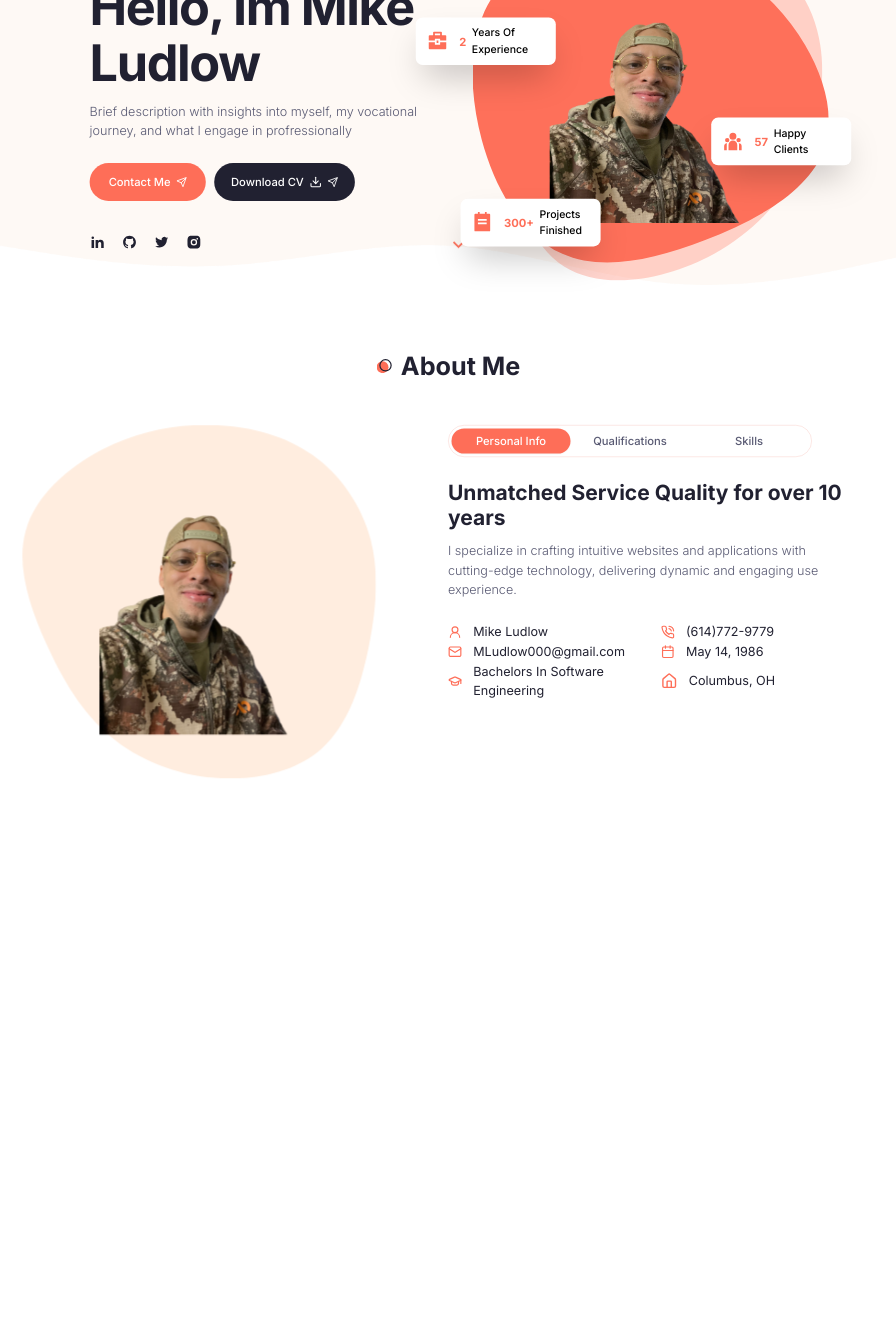
Repository: MikeeBuilds/mike-port
Page: /
The author's editor kept a copy of each file at every save. The page is drawn from the files as they stood at one save, then again after a run of saves.
The browser window is 1280 px wide. The pictures show the part of the page from y = 300 to 2220 px (the page is 5591 px tall), at 70% of full size.
The project was rebuilt for these pictures with package versions that can differ from the ones it lists, and the page was loaded fresh each time. The framework's server and built-in components were replaced by stand-ins that run in the browser. Also part of the build but not shown: next.config.js.

Above is the page before, as saved 2023-11-30 14:21:37.

### app/layout.jsx
import { Inter } from 'next/font/google'
import './globals.css'
import Header from '@/components/Header'
import Footer from '@/components/Footer'
import { ThemeProvider } from '@/components/ThemeProvider'

const inter = Inter({ subsets: ['latin'] })

export const metadata = {
  title: 'Mike Ludlow | Dev',
  description: 'Generated by create next app',
}

export default function RootLayout({ children }) {
  return (
    <html lang="en" suppressHydrationWarning>
      <body className={inter.className}
      >
        <ThemeProvider attribute="class" defaultTheme="light">
          <Header />
            {children}
          <Footer />
        </ThemeProvider>
      </body>
    </html>
  )
}

### app/page.jsx
import About from '@/components/About'
import Hero from '@/components/Hero'
import { main } from 'json'
import Image from 'next/image'

export default function Home() {
  return (
    <main>
      <Hero/>
      <About/>
    </main>
  )
}

### app/globals.css
@tailwind base;
@tailwind components;
@tailwind utilities;

@layer base {
  @layer base {
    :root {
      --background: 0 0% 100%;
      --foreground: 240 19% 16%;
      --card: 0 0% 100%;
      --card-foreground: 240 19% 16%;
      --popover: 0 0% 100%;
      --popover-foreground: 20 14.3% 4.1%;
      --primary: 8 99% 67%;
      --primary-foreground: 300 0% 100%;
      --secondary: 240 19% 16%;
      --secondary-foreground: 300 0% 100%;
      --tertiary: 27 82% 98%;
      --muted: 60 4.8% 95.9%;
      --muted-foreground: 237 13% 40%;
      --accent: 237 9% 96%;
      --accent-foreground: 24 9.8% 10%;
      --destructive: 0 84.2% 60.2%;
      --destructive-foreground: 60 9.1% 97.8%;
      --border: 8 82% 92%;
      --input: 8 82% 92%;
      --ring: 9 99% 67%;
      --radius: 1rem;
    }

    .dark {
      --background: 237 22% 20%;
      --foreground: 60 9.1% 97.8%;
      --card: 240 19% 16%;
      --card-foreground: 300 0% 100%;
      --popover: 20 14.3% 4.1%;
      --popover-foreground: 60 9.1% 97.8%;
      --primary: 8 99% 67%;
      --primary-foreground: 300 0% 100%;
      --secondary: 240 19% 16%;
      --secondary-foreground: 300 0% 100%;
      --tertiary: 237 22% 20%;
      --muted: 12 6.5% 15.1%;
      --muted-foreground: 237 13% 63%;
      --accent: 240 19% 16%;
      --accent-foreground: 300 0% 100%;
      --destructive: 0 72.2% 50.6%;
      --destructive-foreground: 60 9.1% 97.8%;
      --border: 237 22% 23%;
      --input: 237 22% 23%;
      --ring: 8 99% 67%;
    }
  }
}

@layer base {
  * {
    @apply border-border;
  }
  body {
    @apply bg-background text-foreground;
  }
}

.h1 {
  @apply text-6xl xl:text-[72px] xl:leading-[80px] tracking-[-2px] font-bold;
}

.h2 {
  @apply text-4xl font-bold;
}

.h3 {
  @apply text-3xl font-bold;
}

.h4 {
  @apply text-[22px] font-semibold;
}

.subtitle {
  @apply text-muted-foreground text-lg mb-8 font-light;

}
.section-title {
  @apply text-4xl font-bold relative w-max flex items-center justify-between gap-x-3
  before:bg-dots_light before:dark:bg-dots_dark before:bg-no-repeat before:bg-center
  before:w-[24px] before:h-[24px];
}

.badge {
  @apply z-10 w-[200px] h-[68px] bg-white dark:backdrop-blur-[44px] shadow-2xl p-4 rounded-[10px] flex items-center gap-x-4;
}

### components/Header.jsx
"use client";
import React, { useState, useEffect } from "react";

// components
import Logo from "./Logo";
import ThemeToggler from "./ThemeToggler";
import Nav from "./Nav";
import MobileNav from "./MobileNav";
import { usePathname } from "next/navigation";

const Header = () => {
  const [header, setHeader] = useState(false);
  const pathname = usePathname();

  useEffect(() => {
    const scrollYpos = window.addEventListener("scroll", () => {
      window.scrollY > 50 ? setHeader(true) : setHeader(false);
    });

    // remove event
    return () => window.removeEventListener("scroll", scrollYpos);
  });

  return (
    <header
      className={`${
        header
          ? "py-4 bg-white shadow-lg dark:bg-accent"
          : "py-6 dark:bg-transparent"
      } sticky top-0 z-30 transition-all ${pathname === '/' && 'bg-white'}`}
    >
      <div className="container mx-auto">
        <div className="flex justify-between items-center">
          <Logo />
          <div className="flex items-center gap-x-6">
            {/* nav */}
            <Nav
              containerStyles="hidden xl:flex gap-x-8 items-center"
              linkStyles="relative hover:text-primary transition-all"
              underlineStyles="absolute left-0 top-full h-[2px] bg-primary w-full"
            />
            <ThemeToggler />
            {/* mobile nav */}
            <div className="lg:hidden">
              <MobileNav />
            </div>
          </div>
        </div>
      </div>
    </header>
  );
};

export default Header;

### components/Footer.jsx

const Footer = () => {
  return (
    <footer>Footer</footer>
  )
}

export default Footer

### components/ThemeProvider.jsx
"use client"


import {
    ThemeProvider as NextThemesProvider
} from "next-themes";



export function ThemeProvider({ children, ...props}) {
    return <NextThemesProvider {...props}>{children}</NextThemesProvider>
}

### components/About.jsx
import DevImg from "./DevImg";
import image from "next/image";
import { Tabs, TabsContent, TabsList, TabsTrigger } from "@/components/ui/tabs";

import {
  User2,
  MailIcon,
  HomeIcon,
  PhoneCall,
  GraduationCap,
  Calendar,
  Briefcase,
} from "lucide-react";

const infoData = [
  {
    icon: <User2 size={20} />,
    text: "Mike Ludlow",
  },
  {
    icon: <PhoneCall size={20} />,
    text: "(614)772-9779",
  },
  {
    icon: <MailIcon size={20} />,
    text: "MLudlow000@gmail.com",
  },
  {
    icon: <Calendar size={20} />,
    text: "May 14, 1986",
  },
  {
    icon: <GraduationCap size={20} />,
    text: "Bachelors In Software Engineering",
  },
  {
    icon: <HomeIcon sizes={20} />,
    text: "Columbus, OH",
  },
];

const qualificationData = [
  {
    title: "education",
    data: [
      {
        university: "Columbus State Community College",
        qualification: "Bachelor Of Science",
        years: "2019-2024",
      },
      {
        university: "Learn Web3",
        qualification: "Ethereum Developer Degree",
        years: "2022-2023",
      },
      {
        university: "Alchemy University",
        qualification: "Learn Javascript",
        years: "2023",
      },
    ],
  },
  {
    title: "experience",
    data: [
      {
        company: "Takify AI Startup",
        qualification: "Software Developer",
        years: "2022-present",
      },
      // {
      //   company: 'Takify AI Startup',
      //   qualification: 'Software Developer',
      //   years: '2022-present'
      // },
      // {
      //   company: 'Takify AI Startup',
      //   qualification: 'Software Developer',
      //   years: '2022-present'
      // },
    ],
  },
];

const skillData = [
  {
    title: "skills",
    data: [
      {
        name: "HTML, CSS",
      },
      {
        name: "Front-end Development",
      },
      {
        name: "Javascript, PHP",
      },
      {
        name: "Back-end Development",
      },
    ],
  },
  {
    title: "tools",
    data: [
      {
        imgPath: "/about/vscode.svg",
      },
      {
        imgPath: "/about/figma.svg",
      },
      {
        imgPath: "/about/notion.svg",
      },
      {
        imgPath: "/about/wordpress.svg",
      },
    ],
  },
];

const About = () => {
  const getData = (arr, title) => {
    return arr.find((item) => item.title === title);
  };

  return (
    <section className="xl:h-[860px] pb-12 xl:py-24">
      <div className="container mx-auto">
        <h2 className="section-title mb-8 xl:mb-16 text-center mx-auto">
          About Me
        </h2>
        <div className="flex flex-col xl:flex-row">
          {/* iamge */}
          <div className="hidden xl:flex flex-1 relative">
            <DevImg
              containerStyles="bg-about_shape_light dark:bg-about_shape_dark w-[505px] h-[505px] bg-no-repeat relative"
              imgSrc="/about/developer.png"
            />
          </div>
          {/* tabs */}
          <div className="flex-1">
            <Tabs defaultValue="personal">
              <TabsList className="w-full grid xl:grid-cols-3 xl:max-w-[520px] xl:border dark:border-none">
                <TabsTrigger className="w-[162px] xl:w-auto" value="personal">
                  Personal Info
                </TabsTrigger>
                <TabsTrigger
                  className="w-[162px] xl:w-auto"
                  value="qualifications"
                >
                  Qualifications
                </TabsTrigger>
                <TabsTrigger className="w-[162px] xl:w-auto" value="skills">
                  Skills
                </TabsTrigger>
              </TabsList>
              {/* tabs content */}
              <div className="text-lg mt:12 xl:mt-8">
                {/* personal */}
                <TabsContent value="personal">
                  <div className="text-center xl:text-left">
                    <h3 className="h3 mb-4">
                      Unmatched Service Quality for over 10 years
                    </h3>
                    <p className="subtitle max-w-xl mx-auto xl:mx-0">
                      I specialize in crafting intuitive websites and
                      applications with cutting-edge technology, delivering
                      dynamic and engaging use experience.
                    </p>
                    {/* icons */}
                    <div className="grid xl:grid-cols-2">
                      {infoData.map((item, index) => {
                        return (
                          <div
                            className="flex items-center gap-x-4 mx-auto xl:mx-0"
                            key={index}
                          >
                            <div className="text-primary">{item.icon}</div>
                            <div>{item.text}</div>
                          </div>
                        );
                      })}
                    </div>
                  </div>
                </TabsContent>
                <TabsContent value="qualifications">
                  qualifications info
                </TabsContent>
                <TabsContent value="skills">skills info</TabsContent>
              </div>
            </Tabs>
          </div>
        </div>
      </div>
    </section>
  );
};

export default About;

### components/Hero.jsx
import Link from "next/link";
import { Download, Send } from "lucide-react";
import { Button } from "./ui/button";

import {
  RiBriefcase4Fill,
  RiTeamFill,
  RiTodoFill,
  RiArrowDownSLine,
} from "react-icons/ri";

//components
import DevImg from "./DevImg";
import Badge from "./Badge";
import Socials from "./Socials";

const Hero = () => {
  return (
    <section className="py-12 xl:py-24 h-[84vh] xl:pt-28 bg-hero bg-no-repeat bg-bottom bg-cover dark:bg-none">
      <div className="flex justify-between gap-x-8">
        {/* text */}
        <div className="flex max-w-[600px] flex-col justify-center mx-auto xl:mx-32 text-center xl:text-left">
          <div className="text-sm uppercase font-semibold mb-4 text-primary tracking-[4px]">
            Software Developer
          </div>
          <h1 className="h1 mb-4">Hello, Im Mike Ludlow</h1>
          <p className="subtitle max-w-[490px] mx-auto xl:mx-0">
            Brief description with insights into myself, my vocational journey,
            and what I engage in profressionally
          </p>
          {/* buttons */}
          <div
            className="flex flex-col gap-y-3 md:flex-row gap-x-3 mx-auto
          xl:mx-0 mb-12"
          >
            <Link href="/contact">
              <Button className="gap-x-2">
                Contact Me <Send size={15} />
              </Button>
            </Link>
            <Button variant="secondary" className="gap-x-2">
              Download CV <Download size={18} /> <Send size={15} />
            </Button>
          </div>
          {/* socials */}
          <Socials
            containerStyles="flex gap-x-6 mx-auto xl:mx-0"
            iconStyles="text-foreground text-[22px] hover:text-primary transition-all"
          />
        </div>
        {/* image */}
        <div className="hidden xl:flex relative right-24">
          <Badge
            icon={<RiBriefcase4Fill />}
            endCountNum={2}
            badgeText="Years Of Experience"
            containerstyles="absolute top-[24%] -left-[5rem]"
          />
          {/* badge 2 */}
          <Badge
            icon={<RiTodoFill />}
            endCountNum={30}
            endCountText='0+'
            badgeText="Projects Finished"
            containerstyles="absolute top-[80%] -left-[1rem]"
          />
          {/* badge 3 */}
          <Badge
            icon={<RiTeamFill />}
            endCountNum={5}
            endCountText='7'
            badgeText="Happy Clients"
            containerstyles="absolute top-[55%] -right-8"
          />
          <div className="bg-hero_shape2_light dark:bg-hero_shape2_dark w-[500px] h-[500px] bg-no-repeat absolute -top-1 -right-8"></div>
          <DevImg
            containerStyles="bg-hero_shape w-[510px] h-[462px] bg-no-repeat relative bg-bottom"
            imgSrc="/hero/developer.png"
          />
        </div>
        {/* icon */}
        <div className="hidden md:flex absolute left-2/4 bottom-44 xl:bottom-12 animate-bounce">
          <RiArrowDownSLine className="text-3xl text-primary" />
        </div>
      </div>
    </section>
  );
};

export default Hero;

### components/Logo.jsx
import Link from "next/link";
import Image from "next/image";


const Logo = () => {
  return (
    <Link href="/">
        <Image src='/logo.svg' width={54} height={54} priority alt="logo"/>
    </Link>
  )
}

export default Logo

### components/ThemeToggler.jsx
"use client";

import { Button } from "./ui/button";
import { MoonIcon, SunIcon } from "@radix-ui/react-icons";
import { useTheme } from "next-themes";

const ThemeToggler = () => {
  const { theme, setTheme } = useTheme();
  return (
    <Button variant='outline' size="outline" onClick={() => setTheme(theme === 'dark' ? 'light' : 'dark')}>
      <SunIcon
        className="h-[1.2rem] w-[1.2rem] rotate-0 scale-100 transition-all
      dark:rotate-90 dark:scale-0"
      />
      <MoonIcon
        className="absolute h-[1.2rem] w-[1.2rem] rotate-90 scale-0 transition-all
       dark:rotate-0 dark:scale-100"
      />
    </Button>
  );
};

export default ThemeToggler;

### components/Nav.jsx
import Link from "next/link";

//next hooks
import { usePathname } from "next/navigation";

//framer motion
import { motion } from "framer-motion";

const links = [
  { path: "/", name: "home" },
  { path: "/projects", name: "my projects" },
  { path: "/contact", name: "contact" },
];

const Nav = ({ containerStyles, linkStyles, underlineStyles }) => {
  const path = usePathname();
  return (
    <nav className={`${containerStyles}`}>
      {links.map((link, index) => {
        return (
          <Link
            href={link.path}
            key={index}
            className={`capitalize ${linkStyles}`}
          >
            {link.path === path && (
              <motion.span
                initial={{ y: "-100%" }}
                animate={{ y: 0 }}
                transition={{ type: "tween" }}
                layoutId="underline"
                className={`${underlineStyles}`}
              />
            )}
            {link.name}
          </Link>
        );
      })}
    </nav>
  );
};

export default Nav;

### components/MobileNav.jsx
import { Sheet, SheetContent, SheetTrigger } from "@/components/ui/sheet";
import { AlignJustify } from "lucide-react";

import Nav from "./Nav";
import Logo from "./Logo";
import Socials from "./Socials";

const MobileNav = () => {
  return (
    <Sheet>
      <SheetTrigger asChild>
        <AlignJustify className="cursor-pointer" />
      </SheetTrigger>
      <SheetContent>
        <div className="flex flex-col items-center justify-between h-full py-8">
          <div className="flex flex-col items-center gap-y-32">
            <Logo />
            <Nav
              containerStyles="flex flex-col items-center gap-y-6"
              linkStyles="text-2xl"
            />
          </div>
            <Socials containerStyles='flex gap-x-4' iconStyles='text-2xl'/>
        </div>
      </SheetContent>
    </Sheet>
  );
};

export default MobileNav;

### components/DevImg.jsx
import Image from "next/image";

const DevImg = ({ containerStyles, imgSrc }) => {
  return <div className={`${containerStyles}`}>
    <Image src={imgSrc} fill priority alt="" />
  </div>;
};

export default DevImg;

### components/ui/tabs.jsx
"use client";

import * as React from "react";
import * as TabsPrimitive from "@radix-ui/react-tabs";

import { cn } from "@/lib/utils";

const Tabs = TabsPrimitive.Root;

const TabsList = React.forwardRef(({ className, ...props }, ref) => (
  <TabsPrimitive.List
    ref={ref}
    className={cn(
      "inline-flex items-center justify-center xl:bg-white p-1 text-muted-foreground rounded-[30px] dark:md:bg-secondary",
      className
    )}
    {...props}
  />
));
TabsList.displayName = TabsPrimitive.List.displayName;

const TabsTrigger = React.forwardRef(({ className, ...props }, ref) => (
  <TabsPrimitive.Trigger
    ref={ref}
    className={cn(
      "inline-flex items-center justify-center whitespace-nowrap rounded-full px-3 py-1.5 text-base font-medium ring-offset-background transition-all focus-visible:outline-none focus-visible:ring-2 focus-visible:ring-ring focus-visible:ring-offset-2 disabled:pointer-events-none disabled:opacity-50 data-[state=active]:bg-primary data-[state=active]:text-white data-[state=active]:shadow-sm ",
      className
    )}
    {...props}
  />
));
TabsTrigger.displayName = TabsPrimitive.Trigger.displayName;

const TabsContent = React.forwardRef(({ className, ...props }, ref) => (
  <TabsPrimitive.Content
    ref={ref}
    className={cn(
      "mt-2 ring-offset-background focus-visible:outline-none focus-visible:ring-2 focus-visible:ring-ring focus-visible:ring-offset-2",
      className
    )}
    {...props}
  />
));
TabsContent.displayName = TabsPrimitive.Content.displayName;

export { Tabs, TabsList, TabsTrigger, TabsContent };

### components/ui/button.jsx
import * as React from "react"
import { Slot } from "@radix-ui/react-slot"
import { cva } from "class-variance-authority";

import { cn } from "@/lib/utils"

const buttonVariants = cva(
  "inline-flex items-center justify-center whitespace-nowrap rounded-full text-base font-medium ring-offset-background transition-colors focus-visible:outline-none focus-visible:ring-2 focus-visible:ring-ring focus-visible:ring-offset-2 disabled:pointer-events-none disabled:opacity-50",
  {
    variants: {
      variant: {
        default: "bg-primary text-primary-foreground hover:bg-primary/90",
        destructive:
          "bg-destructive text-destructive-foreground hover:bg-destructive/90",
        outline:
          "border border-input bg-background hover:bg-accent hover:text-accent-foreground",
        secondary:
          "bg-secondary text-secondary-foreground hover:bg-secondary/80",
        ghost: "hover:bg-accent hover:text-accent-foreground",
        link: "text-primary underline-offset-4 hover:underline",
      },
      size: {
        default: "h-[54px] px-6 py-2 min-w-[166px]",
        sm: "h-9 rounded-md px-3",
        lg: "h-11 rounded-md px-8",
        icon: "h-10 w-10",
      },
    },
    defaultVariants: {
      variant: "default",
      size: "default",
    },
  }
)

const Button = React.forwardRef(({ className, variant, size, asChild = false, ...props }, ref) => {
  const Comp = asChild ? Slot : "button"
  return (
    (<Comp
      className={cn(buttonVariants({ variant, size, className }))}
      ref={ref}
      {...props} />)
  );
})
Button.displayName = "Button"

export { Button, buttonVariants }

### components/Badge.jsx
"use client"
import CountUp from 'react-countup';

const Badge = ({
  containerstyles,
  icon,
  endCountNum,
  endCountText,
  badgeText
}) => {
  return <div className={`badge ${containerstyles}`}>
    <div className='text-3xl text-primary'>{icon}</div>
    <div className='flex items-center gap-x-2'>
      <div className='text-4-xl leading-none font-bold text-primary'>
        <CountUp end={endCountNum} delay={1} duration={4}/>
        {endCountText}
      </div>
      <div className='max-w-[70px] leadin-none text-[15px] font-medium text-black'>{badgeText}</div>
    </div>
  </div>;
};

export default Badge;

### components/Socials.jsx
'use client'

import {
  RiLinkedinFill,
  RiGithubFill,
  RiTwitterFill,
  RiInstagramFill
} from 'react-icons/ri';

import Link from 'next/link';

const icons = [
  {
    path: '/',
    name: <RiLinkedinFill />,
  },
  {
    path: '/',
    name: <RiGithubFill />,
  },{
    path: '/',
    name: <RiTwitterFill />,
  },{
    path: '/',
    name: <RiInstagramFill />,
  },
]


import React from "react";

const Socials = ({ containerStyles, iconStyles}) => {
  return <div className={`${containerStyles}`}>
    {icons.map((icon, index) => {
      return <Link href={icon.path} key={index}>
        <div className={`${iconStyles}`}>
          {icon.name}
        </div>
      </Link>
    })}
  </div>;
};

export default Socials;

Loaded but not shown: lib/utils.js (common file); tailwind.config.js (90 lines, source omitted); app/template.js (36 lines, source omitted); hooks/useScrollProgress.js (25 lines, source omitted); components/ui/sheet.jsx (109 lines, source omitted)

After the next 2 saves:
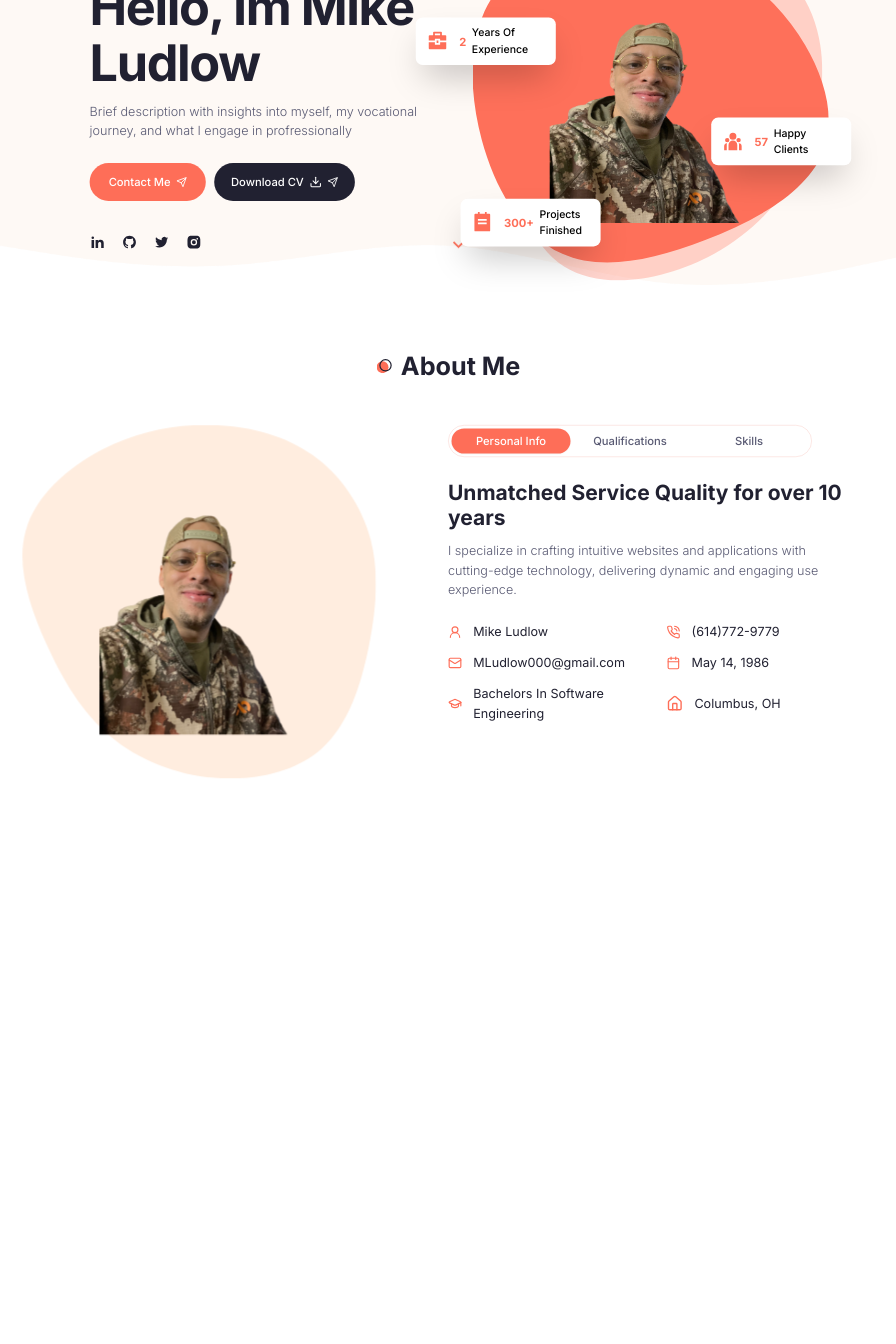
The 2 saves are shown as one change because they came seconds apart.
The last was saved 6 s later.
--- a/components/About.jsx
+++ b/components/About.jsx
@@ -169,7 +169,7 @@ const About = () => {
                       dynamic and engaging use experience.
                     </p>
                     {/* icons */}
-                    <div className="grid xl:grid-cols-2">
+                    <div className="grid xl:grid-cols-2 gap-4">
                       {infoData.map((item, index) => {
                         return (
                           <div
